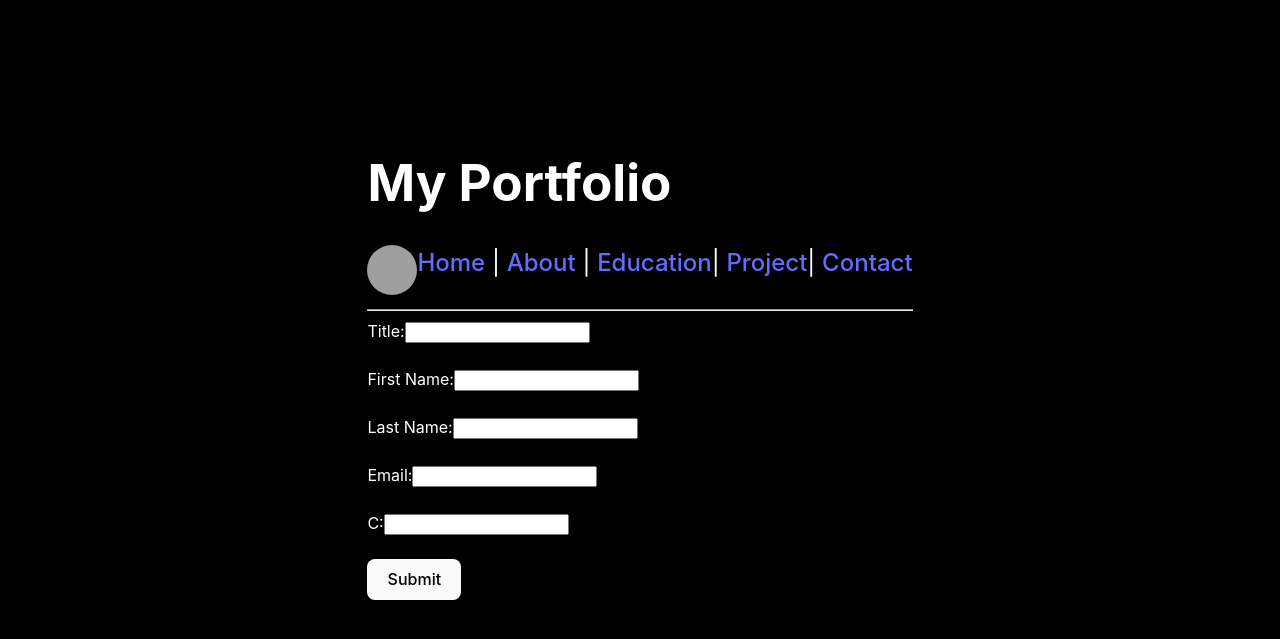
Repository: aislandmin/Personal-Portfolio-Express-MongoDB
Page: /project (app in client/)
The author's editor kept a copy of each file at every save. The page is drawn from the files as they stood at one save, then again after the next save.
The browser window is 1280 px wide. The pictures show the whole page.
Pictures or frames that could not be fetched are drawn as grey boxes. The project was rebuilt for these pictures with package versions that can differ from the ones it lists, and the page was loaded fresh each time. Also part of the build but not shown: client/vite.config.js, client/components/Home.jsx, client/src/about.css, client/src/about.jsx, client/contact/api-contact.js, client/src/contact.jsx, client/qualification/api-qualification.js, client/src/education.jsx.

Above is the page before, as saved 2024-10-12 00:51:44.

After the next save:
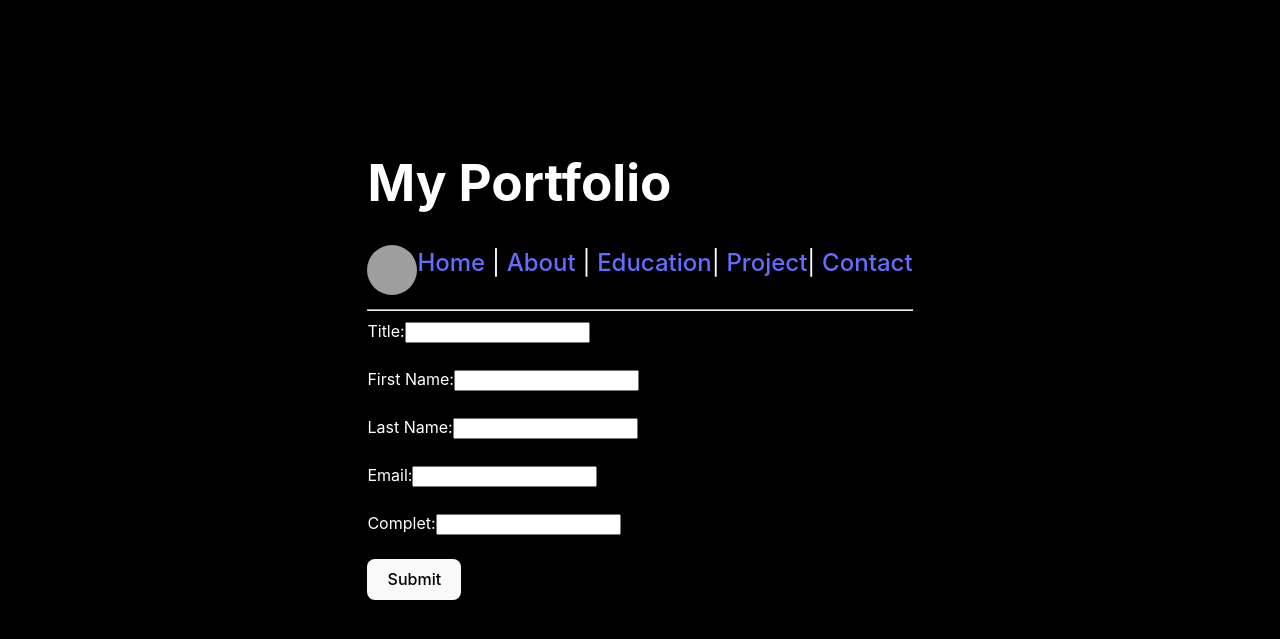
Saved 4 s later.
--- a/client/src/project.jsx
+++ b/client/src/project.jsx
@@ -148,7 +148,7 @@ export default function Project() {
           <br /><br />
 
     {/* Completion Date */}
-    <label htmlFor="completion">C:</label>
+    <label htmlFor="completion">Complet:</label>
           <input
             {...register("firstname", { required: "First name is required" })}
             value={values.firstname} onChange={handleChange('firstname')}
